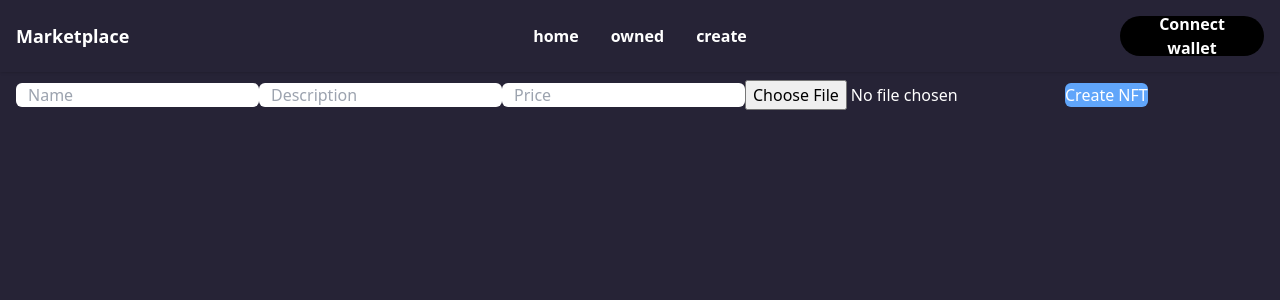
Repository: Kiendz3202/marketplace-frontend-nuxtjs
Page: /create
These files come from the project's save history. The page is drawn as it stood at one moment and after the next save; the edit follows.
The browser window is 1280 px wide. The pictures show the whole page.
The project was rebuilt for these pictures with package versions that can differ from the ones it lists, and the page was loaded fresh each time. The framework's server and built-in components were replaced by stand-ins that run in the browser. Also part of the build but not shown: nuxt.config.js, components/connectWallet/AddressAvatar.vue.

Above is the page before, as saved 2022-11-08 14:28:14.

### assets/css/main.css
body {
  background-color: rgb(38, 35, 54);
  color: #fff;
}

/* * {
	margin: 0;
	padding: 0;
	box-sizing: border-box;
	font-family: 'Fira sans', sans-serif;
}

body {
	background-color: rgb(38, 35, 54);
	color: #FFF;
}

main {
	width: 100%;
	height: 100vh;
	display: flex;
	flex-direction: column;
	align-items: center;
	padding-top: 2rem;
}

main h1 {
	font-size: 2.5rem;
	text-transform: capitalize;
	margin-bottom: 0.5rem;
}

main h1 ~ p {
	margin-bottom: 2rem;
}

main .create-new {
	display: flex;
	justify-content: center;
	align-items: center;
	max-width: 480px;
}

main .create-new input {
	appearance: none;
	border: none;
	outline: none;
	border-bottom: 1px solid #FFF;
	background-color: transparent;
	color: #FFF;
	font-size: 1.5rem;
	padding-top: 0.5rem;
	padding-bottom: 0.5rem;
	margin: 0;
	transition: 0.4s;
}

main .create-new input:focus {
	border-bottom-color: rgb(47, 214, 111);
}

main .create-new button {
	appearance: none;
	border: none;
	outline: none;
	background-color: rgb(47, 214, 111);
	text-transform: uppercase;
	font-weight: bold;
	color: #000;
	font-size: 1.5rem;
	padding: 0.5rem 1rem;
	border-radius: 0.5rem;
	margin-left: 0.5rem;
	cursor: pointer;
}

main .tasks {
	width: 100%;
	max-width: 480px;
	margin-top: 2rem;
}

main .tasks .task {
	display: flex;
	align-items: center;
	justify-content: space-between;
	background-color: rgb(52, 47, 78);
	padding: 1rem;
	border-radius: 0.5rem;
	margin-bottom: 1rem;
}

main .tasks .task .buttons {
	min-width: fit-content;
}

main .tasks .task button {
	appearance: none;
	border: none;
	outline: none;
	background-color: rgb(47, 214, 111);
	text-transform: uppercase;
	font-weight: bold;
	color: #000;
	font-size: 0.875rem;
	padding: 0.5rem 1rem;
	border-radius: 0.5rem;
	margin-left: 0.5rem;
	cursor: pointer;
}

main .tasks .task button.delete {
	background-color: crimson;
	color: #EEE;
}

.tasks .task.is-complete {
	opacity: 0.7;
}

.tasks .task.is-complete .content {
	text-decoration: line-through;
} */

### layouts/default.vue
<template>
  <div>
    <div class="relative flex h-full w-full flex-col pt-20">
      <TopBar />
      <div class="flex h-full w-full overflow-y-auto overflow-x-hidden px-4">
        <!-- <slot /> -->
        <Nuxt />
      </div>
    </div>
  </div>
</template>

<script>
import TopBar from "~/components/topBar/TopBar.vue";
export default {
  name: "default",
  components: {
    TopBar,
  },
};
</script>

<style></style>

### store/index.js
export const state = () => ({
  address: sessionStorage.getItem("user"),
  number: "2",
});
export const mutations = {
  setAccount(state, address) {
    state.address = address;
  },
};

export const actions = {
  changeAccount({ state, commit }, address) {
    commit("setAccount", address);
  },
};

### pages/create/index.vue
<template>
  <form @submit="addProduct">
    <input v-model="name" placeholder="Name" class="rounded-md pl-3" />
    <input
      v-model="description"
      placeholder="Description"
      class="rounded-md pl-3"
    />
    <input v-model="price" placeholder="Price" class="rounded-md pl-3" />
    <input type="file" @change="previewFiles" />
    <button class="ml-2 bg-blue-400 rounded-md text-white" type="submit">
      Create NFT
    </button>
  </form>
</template>

<script>
// import { NFTStorage } from 'nft.storage';
// const apiKey =
// 	'eyJhbGciOiJIUzI1NiIsInR5cCI6IkpXVCJ9.eyJzdWIiOiJkaWQ6ZXRocjoweGE0RGQzMUIxN0Y5NzRGQmJmMTFCZEM4MDJlYTNmMGFEQTE3NGZhMkYiLCJpc3MiOiJuZnQtc3RvcmFnZSIsImlhdCI6MTY2NzcyODk0MjM3OCwibmFtZSI6IktpZW4ifQ.bmDOvDs9xaAMMHcC7JEfIaLzQbr6aEZmcfu2PrCvFQk';
// const client = new NFTStorage({ token: apiKey });
// import { ethers } from "ethers";
// import UploadClient from '@uploadcare/upload-client';
// const client = new UploadClient({ publicKey: '068e75bf4a72917a9588' });
export default {
  data() {
    return {
      name: "",
      description: "",
      price: "",
      file: "",
    };
  },
  props: ["marketplace", "nft"],
  methods: {
    previewFiles(event) {
      // console.log(event.target.files[0]);
      this.file = event.target.files[0];
    },
    async mintThenList(result) {
      console.log(result);
      // const uri = `https://cloudflare-ipfs.com/ipfs/${result.ipnft}/metadata.json`;
      // console.log(uri);
      // mint nft
      // console.log(uri);
      // await (await props.nft.mint(uri)).wait();
      // console.log('completely create minting!');
      // // get tokenId of new nft
      // const id = await props.nft.tokenCount();
      // // approve marketplace to spend nft
      // await (
      // 	await props.nft.setApprovalForAll(
      // 		props.marketplace.address,
      // 		true
      // 	)
      // ).wait();
      // // add nft to marketplace
      // const listingPrice = ethers.utils.parseEther(price.toString());
      // await (
      // 	await props.marketplace.makeItem(
      // 		props.nft.address,
      // 		id,
      // 		listingPrice
      // 	)
      // ).wait();
      // console.log('complete listing');
    },
    async addProduct(e) {
      e.preventDefault(); // Prevent page from reloading.
      try {
        // const metadata = await client.store({
        // 	name: this.name,
        // 	description: this.description,
        // 	price: this.price,
        // 	image: this.file,
        // });
        const data = new FormData();
        data.append("file", this.file);
        data.append("upload_preset", "ml_default");
        const res = await fetch(
          "https://api.cloudinary.com/v1_1/dhshj8hi5/image/upload",
          {
            method: "POST",
            body: data,
          }
        );

        const file = await res.json();
        console.log(file.secure_url);
      } catch (error) {
        console.log(error);
      }
    },
  },
};
</script>

<style></style>

### components/topBar/TopBar.vue
<template>
  <div class="fixed top-0 w-full">
    <div class="relative flex w-full items-center px-4 py-4 shadow">
      <nuxt-link to="/">
        <span class="text-lg font-bold">Marketplace</span>
      </nuxt-link>
      <div class="flex-grow">
        <NavBar />
      </div>
      <ConnectButton v-if="isMetamaskSupport" />
      <span v-else>Please install metamask</span>
    </div>
  </div>
</template>

<script>
import NavBar from "./NavBar.vue";
// import ConnectButton from "../connectWallet/ConnectButton.vue";
import ConnectButton from "../connectWallet/ConnectButton.vue";
export default {
  name: "TopBar",
  components: {
    NavBar,
    ConnectButton,
  },
  data() {
    return {
      isMetamaskSupport: false,
    };
  },
  mounted() {
    this.isMetamaskSupport = window.ethereum !== "undefined";
  },
};
</script>

<style></style>

### components/topBar/NavBar.vue
<template>
  <nav
    class="absolute bottom-1/2 right-1/2 flex translate-y-1/2 translate-x-1/2 transform justify-center"
  >
    <NavBarItem namePage="home" />
    <NavBarItem namePage="owned" />
    <NavBarItem namePage="create" />
  </nav>
</template>

<script>
import NavBarItem from "~/components/topBar/NavBarItem.vue";

export default {
  name: "NavBar",
  components: {
    NavBarItem,
  },
};
</script>

<style></style>

### components/connectWallet/ConnectButton.vue
<template>
  <button
    v-if="!address"
    class="flex h-10 w-36 items-center justify-center rounded-full bg-black px-4 font-semibold text-white"
    @click="connectWallet"
    :disabled="loading"
  >
    {{ loading ? "busy..." : "Connect wallet" }}
  </button>
  <AddressAvatar v-else :address="address" />
</template>

<script>
// import { mapState } from 'vuex';
import AddressAvatar from "./AddressAvatar.vue";
export default {
  name: "ConnectButton",
  components: {
    AddressAvatar,
  },
  computed: {
    address() {
      return this.$store.state.address;
    },
  },
  data() {
    return {
      loading: false,
      // address: "",
      // address: sessionStorage.getItem('user'),
    };
  },
  methods: {
    async connectWallet() {
      const accounts = await window.ethereum.request({
        method: "eth_requestAccounts",
      });
      sessionStorage.setItem("user", accounts[0]);
      this.$store.dispatch("changeAccount", sessionStorage.getItem("user"));
    },
    async changeAccount() {
      const accounts = await window.ethereum.request({
        method: "eth_requestAccounts",
      });
      if (accounts[0]) {
        console.log(this.$store.state.address);
        sessionStorage.setItem("user", accounts[0]);
        this.$store.dispatch("changeAccount", sessionStorage.getItem("user"));
        console.log(this.$store.state.address);
        //đã update address mới khi thay đổi account nhưng UI ko thay đổi?
      } else {
        // sessionStorage.removeItem('user');
        // this.$store.commit('setAccount', '');
      }
      // location.reload();
      // console.log(accounts[0]);
    },
  },
  mounted() {
    //bắt event khi thay đổi account trên metamask
    window.ethereum.on("accountsChanged", this.changeAccount);
    // window.ethereum.on('disconnect', async function () {
    // const accounts = await window.ethereum.request({
    // 	method: 'eth_requestAccounts',
    // });
    // if (accounts[0]) {
    // 	localStorage.setItem('user', accounts[0]);
    // } else {
    // 	localStorage.removeItem('user');
    // }
    // localStorage.removeItem('user');
    // location.reload();
    // console.log('disconnect');
    // this.address = accounts[0];
    // console.log(accountss[0]);
    // });
  },
};
</script>

<style></style>

### components/topBar/NavBarItem.vue
<template>
  <nuxt-link :to="'/' + namePage"
    ><span class="px-4 py-2 font-semibold cursor-pointer">{{
      namePage
    }}</span></nuxt-link
  >
</template>

<script>
export default {
  name: "NavBarItem",
  props: ["namePage"],
};
</script>

<style></style>

Loaded but not shown: tailwind.config.js (common file)

After the next save:
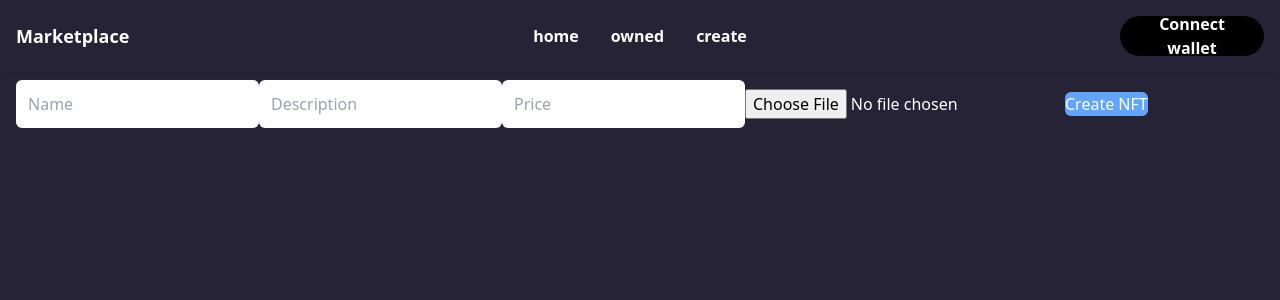
Saved 29 s later.
--- a/pages/create/index.vue
+++ b/pages/create/index.vue
@@ -1,12 +1,12 @@
 <template>
   <form @submit="addProduct">
-    <input v-model="name" placeholder="Name" class="rounded-md pl-3" />
+    <input v-model="name" placeholder="Name" class="rounded-md pl-3 py-3" />
     <input
       v-model="description"
       placeholder="Description"
-      class="rounded-md pl-3"
+      class="rounded-md pl-3 py-3"
     />
-    <input v-model="price" placeholder="Price" class="rounded-md pl-3" />
+    <input v-model="price" placeholder="Price" class="rounded-md pl-3 py-3" />
     <input type="file" @change="previewFiles" />
     <button class="ml-2 bg-blue-400 rounded-md text-white" type="submit">
       Create NFT
